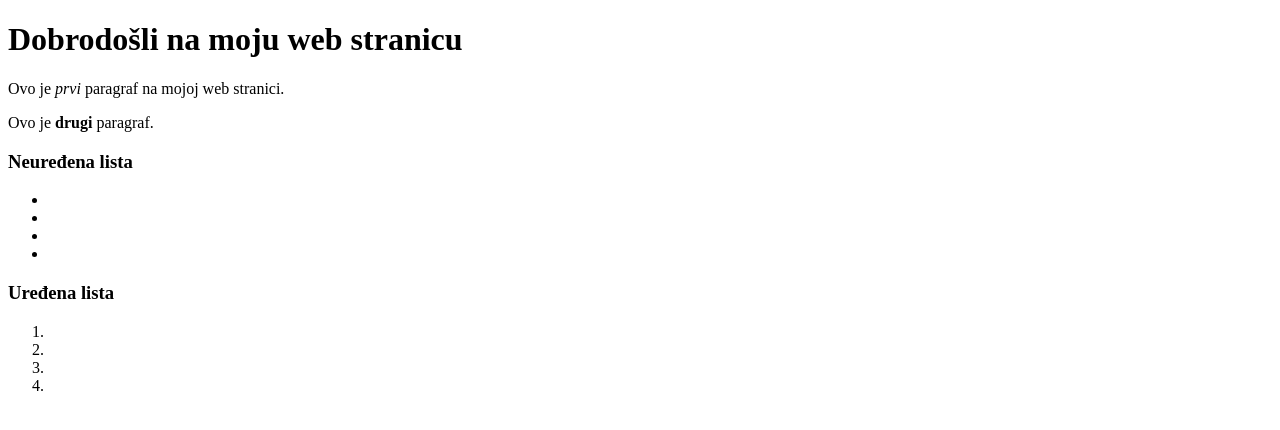
Repository: larabiondic/wp_biondic_lara
Page: Kolokvij 1/index.html
An editor plug-in stored every save of this project. The page is shown before and after the next save, followed by the edit.
The browser window is 1280 px wide. The pictures show the whole page.

Above is the page before, as saved 2025-11-10 15:11:38.

After the next save:
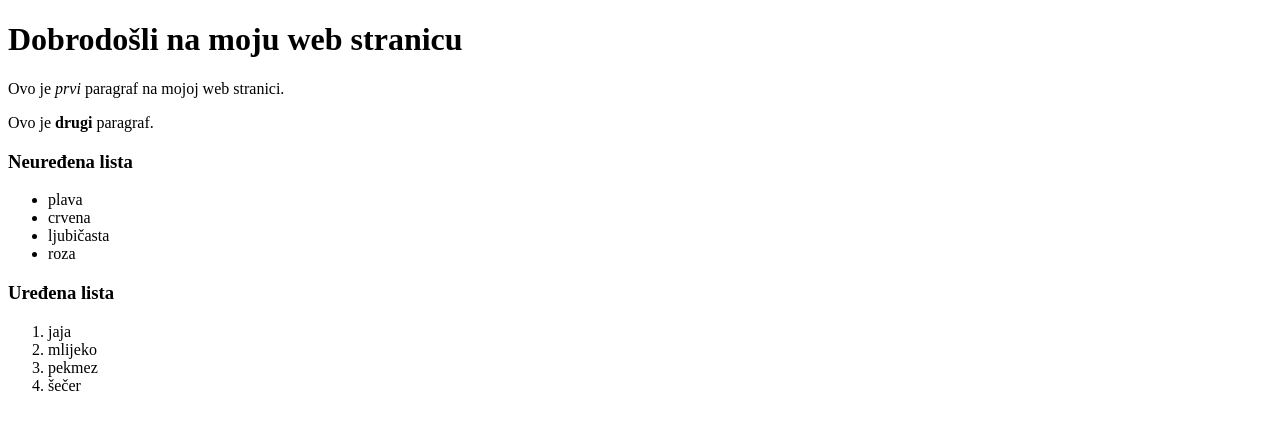
Saved 52 s later.
--- a/Kolokvij 1/index.html
+++ b/Kolokvij 1/index.html
@@ -14,17 +14,17 @@
     <p>Ovo je <strong>drugi</strong> paragraf.</p>
     <h3>Neuređena lista</h3>
     <ul>
-        <li></li>
-        <li></li>
-        <li></li>
-        <li></li>
+        <li>plava</li>
+        <li>crvena</li>
+        <li>ljubičasta</li>
+        <li>roza</li>
     </ul>
     <h3>Uređena lista</h3>
     <ol>
-        <li></li>
-        <li></li>
-        <li></li>
-        <li></li>
+        <li>jaja</li>
+        <li>mlijeko</li>
+        <li>pekmez</li>
+        <li>šečer</li>
     </ol>
 </body>
 </html>
